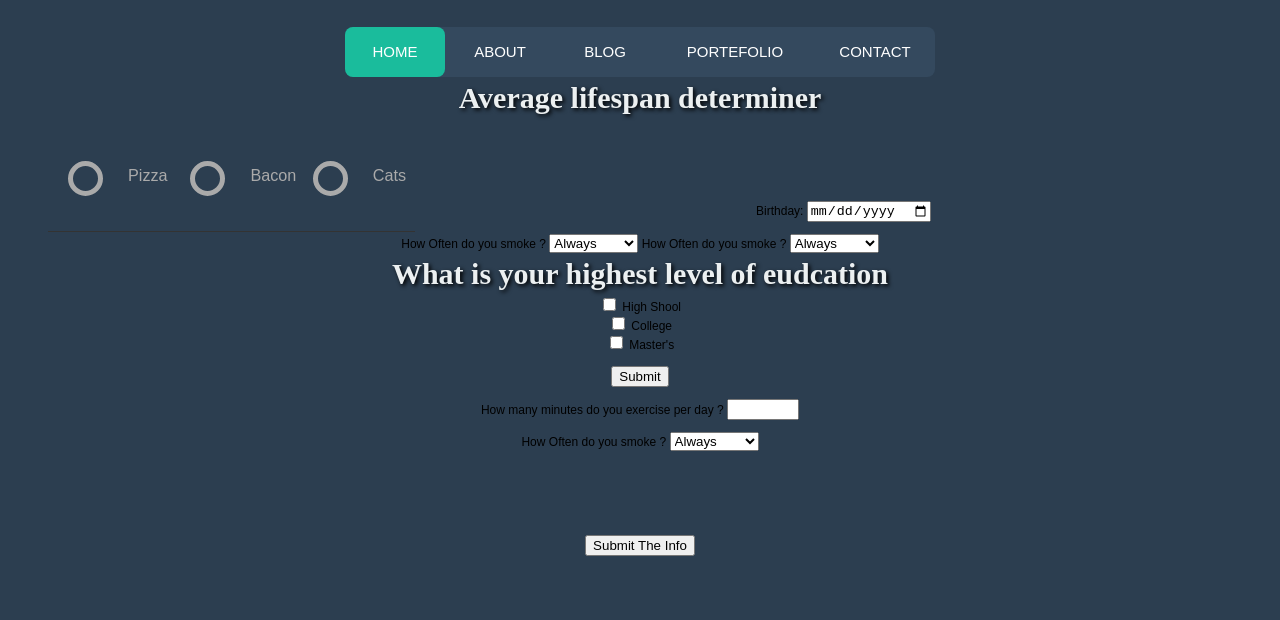
Repository: navid-amini12/capstone-1
Page: wordgame.html
An editor plug-in stored every save of this project. The page is shown before and after the next save, followed by the edit.
The browser window is 1280 px wide. The pictures show the whole page.

Above is the page before, as saved 2022-06-01 11:36:02.

### wordgame.html


  <link rel="stylesheet" type="text/css" href="Life.css">






<!-- NAVATION STARTING  -->

<nav class ="mynavigation">
  <a href="#">Home</a>
  <a href="#">About</a>
  <a href="#">Blog</a>
  <a href="#">Portefolio</a>
  <a href="#">Contact</a>
  <div class="animation start-home"></div>
</nav>
  <!-- NAVIGATION ENDING -->
    <h1>Average lifespan determiner</h1>







    <div class="alert">
    </div>

    <div class="container99">


      <ul>
      <li>
        <input type="radio" id="f-option" name="selector">
        <label for="f-option">Pizza</label>

        <div class="check"></div>
      </li>

      <li>
        <input type="radio" id="s-option" name="selector">
        <label for="s-option">Bacon</label>

        <div class="check"><div class="inside"></div></div>
      </li>

      <li>
        <input type="radio" id="t-option" name="selector">
        <label for="t-option">Cats</label>

        <div class="check"><div class="inside"></div></div>
      </li>
    </ul>
    </div>

    <div class="signature">
    </div>


















  <div class = "left"><form action="/action_page.php">
    <label for="birthday">Birthday:</label>
    <input type="date" id="birthday" name="birthday">

  </form>

<label for="cars">How Often do you smoke ?</label>

<select id="questions">
<option value="volvo">Always</option>
<option value="saab">Often</option>
<option value="opel">Sometimes</option>
<option value="audi">Rarely</option>
<option value="audi">Never</option>
</select>

<label for="cars">How Often do you smoke ?</label>

<select id="questions">
<option value="volvo">Always</option>
<option value="saab">Often</option>
<option value="opel">Sometimes</option>
<option value="audi">Rarely</option>
<option value="audi">Never</option>
</select>

<h1>What is your highest level of eudcation</h1>

<form id = "checkbox1">
<input type="checkbox" id="vehicle1" name="vehicle1" value="Bike">
<label for="vehicle1"> High Shool</label><br>
<input type="checkbox" id="vehicle2" name="vehicle2" value="Car">
<label for="vehicle2"> College</label><br>
<input type="checkbox" id="vehicle3" name="vehicle3" value="Boat">
<label for="vehicle3"> Master's</label><br><br>
<input type="submit" value="Submit">
</form>

<form>
  <label for="quantity">How many minutes do you exercise per day ? </label>
  <input type="number" id="quantity" name="quantity" min="0" max="1000">
</form>




<label for="cars">How Often do you smoke ?</label>

<select id="myquestions">
<option value="always">Always</option>
<option value="often">Often</option>
<option value="sometimes">Sometimes</option>
<option value="rarely">Rarely</option>
<option value="never">Never</option>
</select>
<br>
<br>
<br>
<br>


<br>
<br>
<br>
<button id = "submitInfo">Submit The Info</button></div>





<!-- <input id = "submitInfo" type="button" value = "Submit Info" onclick="alert('Submitting INfo');" /></div> -->

  </div>



  <!-- <input id = "submitInfo" type="button" value = "Submit Info" onclick="alert('Submitting INfo');" /> -->


















  <body class="container">
    <ul id="people" class=""></ul>


    <script src="https://unpkg.com/axios/dist/axios.min.js"></script>
    <script>

      document.getElementById("submitInfo").onclick = function () {
        axios
          .get("http://localhost:4000/api/users")
          .then(function (response) {
            var e = document.getElementById("myquestions");
            var strUser = e.options[e.selectedIndex].text;


            var x = document.getElementById("vehicle1").value;




     if (strUser == "Never") {

         alert(x)



       alert( document.getElementById("people").innerHTML = response.data[0] )

    }
          })


          .catch(function (err) {
            document.getElementById("people").innerHTML =
              '<li class="text-danger">' + err.message + "</li>";
          });
      };
    </script>

### Life.css


.container99 {
  text-align: center;
}


ul li{
  color: #AAAAAA;
  display: block;
  position: relative;
  float: left;
  width: 10%;
  height: 100px;
	border-bottom: 1px solid #333;
}

ul li input[type=radio]{
  position: absolute;
  visibility: hidden;
}

ul li label{
  display: block;
  position: relative;
  font-weight: 300;
  font-size: 1.35em;
  padding: 25px 25px 25px 80px;
  margin: 10px auto;
  height: 30px;
  z-index: 9;
  cursor: pointer;
  -webkit-transition: all 0.25s linear;
}

ul li:hover label{
	color: #FFFFFF;
}

ul li .check{
  display: block;
  position: absolute;
  border: 5px solid #AAAAAA;
  border-radius: 100%;
  height: 25px;
  width: 25px;
  top: 30px;
  left: 20px;
	z-index: 5;
	transition: border .25s linear;
	-webkit-transition: border .25s linear;
}

ul li:hover .check {
  border: 5px solid #FFFFFF;
}

ul li .check::before {
  display: block;
  position: absolute;
	content: '';
  border-radius: 100%;
  height: 15px;
  width: 15px;
  top: 5px;
	left: 5px;
  margin: auto;
	transition: background 0.25s linear;
	-webkit-transition: background 0.25s linear;
}

input[type=radio]:checked ~ .check {
  border: 5px solid #0DFF92;
}

input[type=radio]:checked ~ .check::before{
  background: #0DFF92;
}

input[type=radio]:checked ~ label{
  color: #0DFF92;
}

.signature {
	margin: 10px auto;
	padding: 10px 0;
	width: 100%;
}

.signature p{
	text-align: center;
	font-family: Helvetica, Arial, Sans-Serif;
	font-size: 0.85em;
	color: #AAAAAA;
}

.signature .much-heart{
	display: inline-block;
	position: relative;
	margin: 0 4px;
	height: 10px;
	width: 10px;
	background: #AC1D3F;
	border-radius: 4px;
	-ms-transform: rotate(45deg);
    -webkit-transform: rotate(45deg);
    transform: rotate(45deg);
}

.signature .much-heart::before,
.signature .much-heart::after {
	  display: block;
  content: '';
  position: absolute;
  margin: auto;
  height: 10px;
  width: 10px;
  border-radius: 5px;
  background: #AC1D3F;
  top: -4px;
}

.signature .much-heart::after {
	bottom: 0;
	top: auto;
	left: -4px;
}

.signature a {
	color: #AAAAAA;
	text-decoration: none;
	font-weight: bold;
}


/* Styles for alert...
by the way it is so weird when you look at your code a couple of years after you wrote it XD */









/* startin of navtation css */

.left {
  margin-top: 50px;
  text-align: center;
}






nav {
  margin: 27px auto 0;

  position: relative;
  width: 590px;
  height: 50px;
  background-color: #34495e;
  border-radius: 8px;
  font-size: 0;
}
nav a {
  line-height: 50px;
  height: 100%;
  font-size: 15px;
  display: inline-block;
  position: relative;
  z-index: 1;
  text-decoration: none;
  text-transform: uppercase;
  text-align: center;
  color: white;
  cursor: pointer;
}
nav .animation {
  position: absolute;
  height: 100%;
  top: 0;
  z-index: 0;
  transition: all .5s ease 0s;
  border-radius: 8px;
}
a:nth-child(1) {
  width: 100px;
}
a:nth-child(2) {
  width: 110px;
}
a:nth-child(3) {
  width: 100px;
}
a:nth-child(4) {
  width: 160px;
}
a:nth-child(5) {
  width: 120px;
}
nav .start-home, a:nth-child(1):hover~.animation {
  width: 100px;
  left: 0;
  background-color: #1abc9c;
}
nav .start-about, a:nth-child(2):hover~.animation {
  width: 110px;
  left: 100px;
  background-color: #e74c3c;
}
nav .start-blog, a:nth-child(3):hover~.animation {
  width: 100px;
  left: 210px;
  background-color: #3498db;
}
nav .start-portefolio, a:nth-child(4):hover~.animation {
  width: 160px;
  left: 310px;
  background-color: #9b59b6;
}
nav .start-contact, a:nth-child(5):hover~.animation {
  width: 120px;
  left: 470px;
  background-color: #e67e22;
}

body {
  font-size: 12px;
  font-family: sans-serif;
  background: #2c3e50;
}
h1 {
  text-align: center;
  margin: 40px 0 40px;
  text-align: center;
  font-size: 30px;
  color: #ecf0f1;
  text-shadow: 2px 2px 4px #000000;
  font-family: 'Cherry Swash', cursive;
}

p {
    position: absolute;
    bottom: 20px;
    width: 100%;
    text-align: center;
    color: #ecf0f1;
    font-family: 'Cherry Swash',cursive;
    font-size: 16px;
}

span {
    color: #2BD6B4;
}




/* Navigation  */

/*
@import url('https://fonts.googleapis.com/css?family=Lobster&display=swap') repeat scroll 0 0 rgba(0, 0, 0 , 0);

body {
  background: #fff;
}

.title {
  font-size: 2.5rem;
  font-family: 'Lobster', cursive;
}

.container {
  animation: scroll 70s linear infinite;
  background: url("https://images.unsplash.com/photo-1465146633011-14f8e0781093?ixlib=rb-1.2.1&ixid=eyJhcHBfaWQiOjEyMDd9&auto=format&fit=crop&w=3450&q=80"), #111111;
  color: #eee;
  height: 100vh;
  min-width: 360px;
  width: 100%;
  display: flex;
  justify-content: center;
  align-items: center;
  perspective: 1000px;
  perspective-origin: 50% 50%;

}

@keyframes scroll {
   100%{
    background-position:0px -3000px;
  }
}

@media (prefers-reduced-motion) {
  .container {
    animation: scroll 200s linear infinite;
  }
}

@media (min-width: 670px) {
  .title {
    font-size: 5rem;
  }
}

#modalContainer {
  background-color:rgba(0, 0, 0, 0.3);
  position:absolute;
  top:0;
  width:100%;
  height:100%;
  left:0px;
  z-index:10000;
  background-image:url(tp.png); /* required by MSIE to prevent actions on lower z-index elements */
}

#alertBox {
  position:relative;
  width:33%;
  min-height:20%;
  max-height:35%;
  margin-top:50px;
  border:1px solid #fff;
  background-color:#fff;
  background-repeat:no-repeat;
  top:30%;
}

#modalContainer > #alertBox {
  position:fixed;
}

#alertBox h1 {
  margin:0;
  font:bold 1em Raleway,arial;
  background-color:#f97352;
  color:#FFF;
  border-bottom:1px solid #f97352;
  padding:10px 0 10px 5px;
}


#alertBox #closeBtn {
  display:block;
  position:relative;
  margin:100px auto 100px auto;
  padding:7px;
  border:0 none;
  width:70px;
  text-transform:uppercase;
  text-align:center;
  color:#FFF;
  background-color:#f97352;
  border-radius: 0px;
  text-decoration:none;
  outline:0!important;
}

/* unrelated styles */

#mContainer {
  position:relative;
  width:600px;
  margin:auto;
  padding:5px;
  border-top:2px solid #fff;
  border-bottom:2px solid #fff;
}

h1,h2 {
  margin:0;
  padding:4px;
}

code {
  font-size:1.2em;
  color:#069;
}

#credits {
  position:relative;
  margin:25px auto 0px auto;
  width:350px;
  font:0.7em verdana;
  border-top:1px solid #000;
  border-bottom:1px solid #000;
  height:90px;
  padding-top:4px;
}

#credits img {
  float:left;
  margin:5px 10px 5px 0px;
  border:1px solid #000000;
  width:80px;
  height:79px;
}

.important {
  background-color:#F5FCC8;
  padding:2px;

}

@media (max-width: 600px)
{
  #alertBox {
  position:relative;
  width:90%;
  top:30%;
}


 */

After the next save:
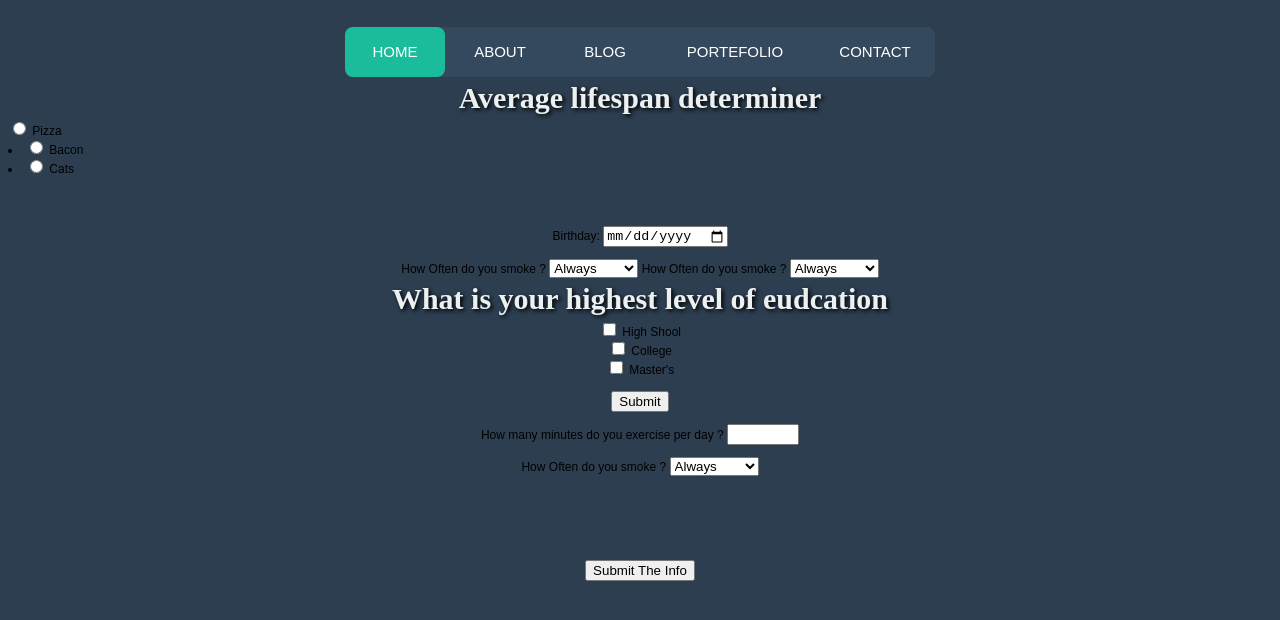
Saved 45 s later.
--- a/wordgame.html
+++ b/wordgame.html
@@ -26,14 +26,9 @@
 
 
 
-    <div class="alert">
-    </div>
-
-    <div class="container99">
-
-
-      <ul>
-      <li>
+
+
+
         <input type="radio" id="f-option" name="selector">
         <label for="f-option">Pizza</label>
 
@@ -52,12 +47,11 @@
         <label for="t-option">Cats</label>
 
         <div class="check"><div class="inside"></div></div>
-      </li>
-    </ul>
-    </div>
-
-    <div class="signature">
-    </div>
+
+
+
+
+
 
 
 
